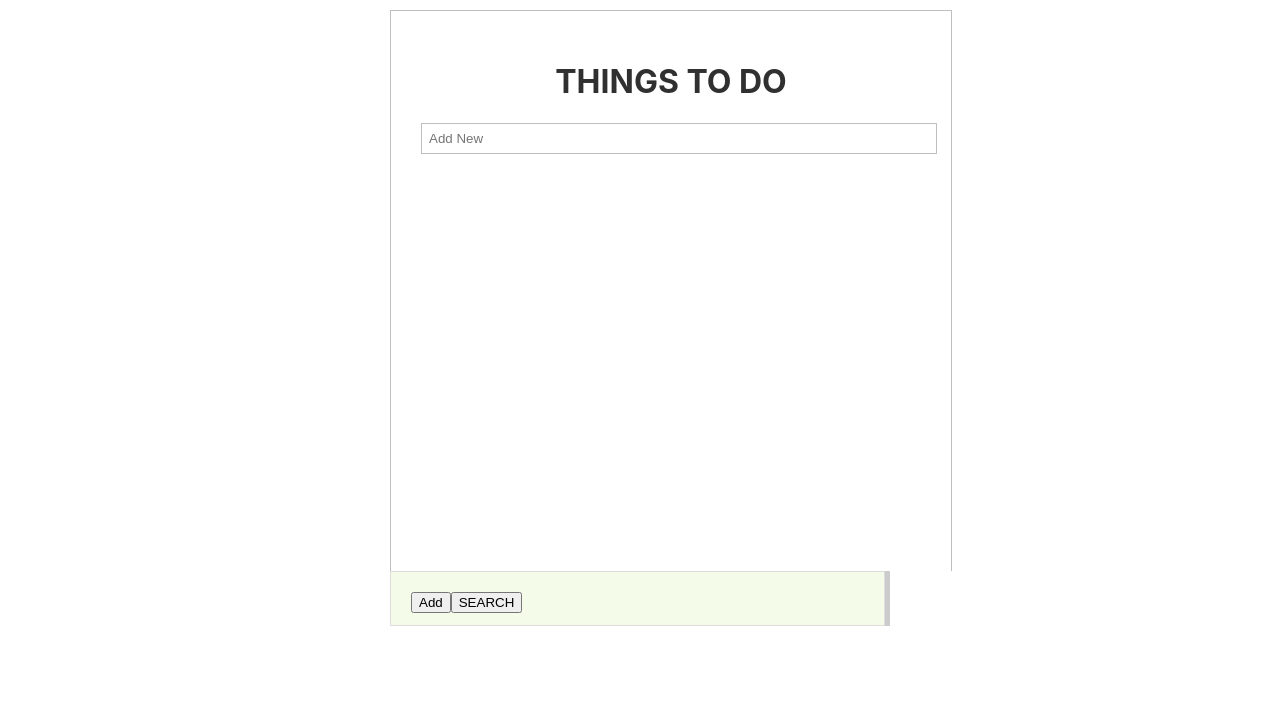
Repository: kirangautam45/To-Do-Application
Page: /
These files come from the project's save history. The page is drawn as it stood at one moment and after a run of saves; the edit follows.
The browser window is 1280 px wide. The pictures show the whole page.
The project was rebuilt for these pictures with package versions that can differ from the ones it lists, and the page was loaded fresh each time.

Above is the page before, as saved 2022-08-11 12:49:51.

### src/App.js
import './App.css';

function App() {
  return (
    <div>
      <div className='Body'>
      <div className='To_Body'>
        <h1 className='Header'> THINGS TO DO</h1>
        <input className='Input_text' placeholder='Add New' />
        </div>
        <div className='Wrapper_Icon_group'>
          <div  className='Icon_group'>
          <button >Add</button>
          <button>SEARCH</button>
          </div>
          </div>
        </div>
    </div>
  );
}

export default App;

### src/App.css
.Body {
  background-color: #ccc;
  width: 500px;
 margin: 10px auto;
display: 'flex';

}
.Header{
  text-align: center;
  color:rgb(49, 48, 48);
}
.To_Body{
min-width: 500px;
min-height: 500px ;
justify-content: center;
background-color: #ffffff;
padding: 30px;
border: 1px rgb(192, 191, 191);
    border-top-style: none;
    border-right-style: none;
    border-left-style: none;
border-style: solid solid none;
}
.Input_text{
  outline: none;
  width: 100%;
  padding: 7px;
  border: 1px solid  rgb(192, 191, 191);
  margin-bottom: 2%;
}
.Icon_group{
  height: auto;
  width: auto;
justify-content: space-between;
border: 1px solid #ddd;
background-color: #f4fbe8;
padding: 12px 20px;
font-weight: 300
}
.Icon_group {
  height: auto;
  width: auto;
  align-items: left;
  font-size: 24px;
  margin-right: 5px;
  cursor: pointer;
  height: 1;
  margin: 2;
  padding: ;

}

Loaded but not shown: public/index.html (common file); src/index.js (common file); src/index.css (common file)

After the next 2 saves:
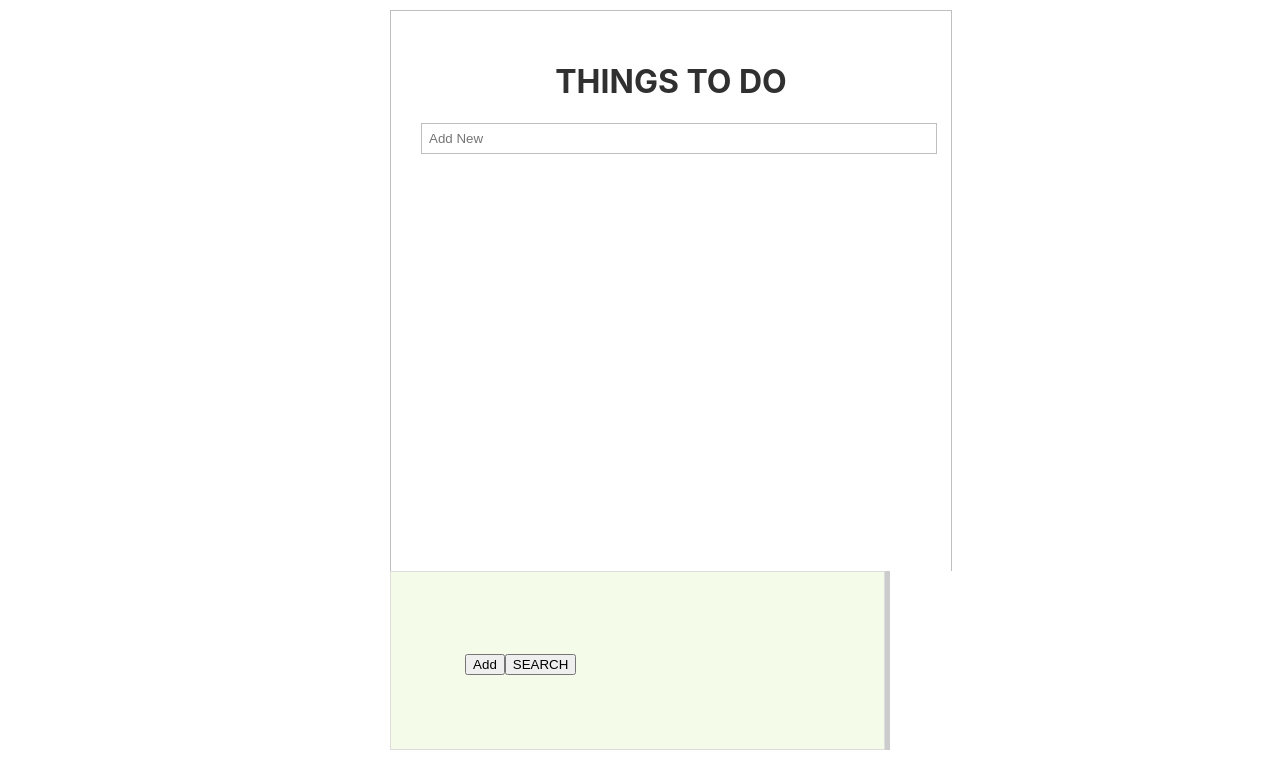
The 2 saves are shown as one change because they came seconds apart.
The last was saved 9 s later.
--- a/src/App.css
+++ b/src/App.css
@@ -46,6 +46,6 @@
   cursor: pointer;
   height: 1;
   margin: 2;
-  padding: ;
+  padding: 5ch;
 
 }

After the save that followed:
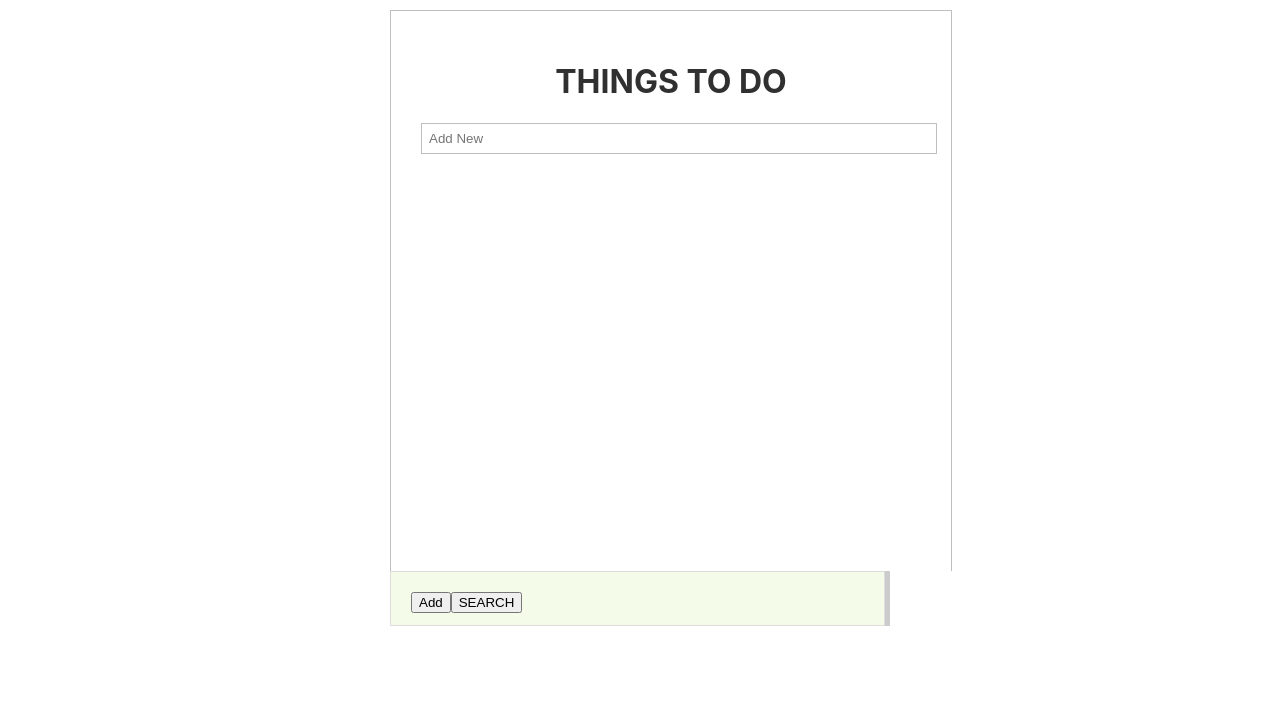
Saved 9 s later.
--- a/src/App.css
+++ b/src/App.css
@@ -46,6 +46,6 @@
   cursor: pointer;
   height: 1;
   margin: 2;
-  padding: 5ch;
+  padding: 5;
 
 }
